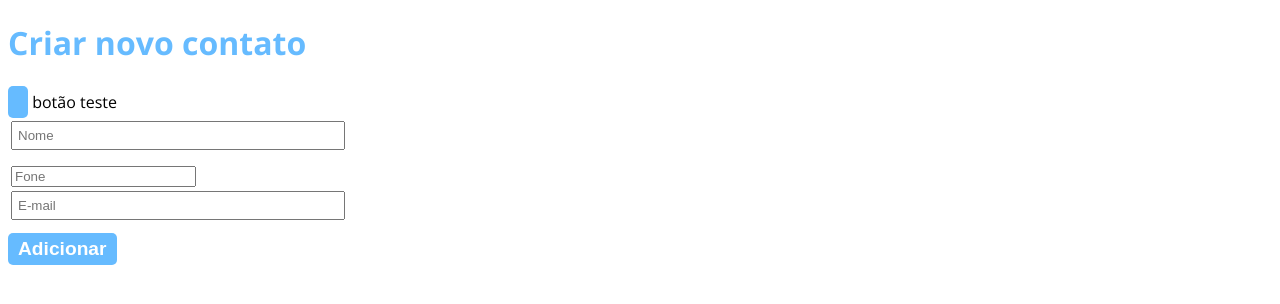
Repository: evanalves/Agenda-JDBC
Page: agenda/src/main/webapp/novo.html
The author's editor kept a copy of each file at every save. The page is drawn from the files as they stood at one save, then again after the next save.
The browser window is 1280 px wide. The pictures show the whole page.

Above is the page before, as saved 2023-08-20 13:33:19.

After the next save:
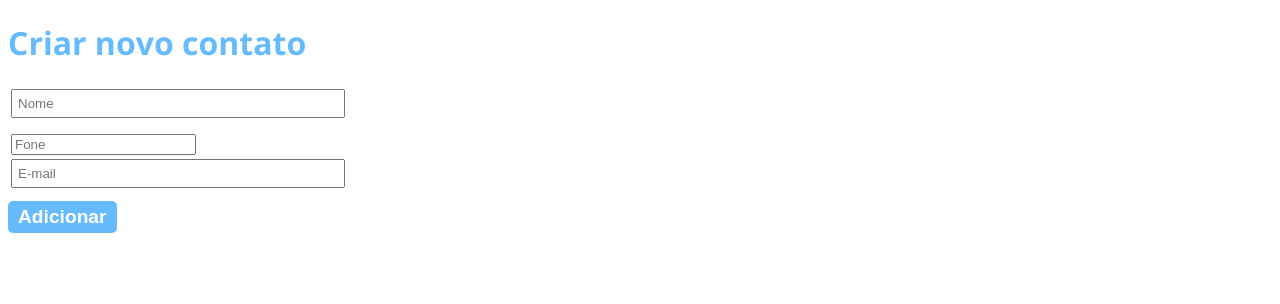
Saved 29 s later.
--- a/agenda/src/main/webapp/novo.html
+++ b/agenda/src/main/webapp/novo.html
@@ -23,7 +23,7 @@
 				<td><input type="text" name="email" placeholder="E-mail"
 					class="caixa1"></td>
 			</tr>
-			</tr> <input type="button" name="teste" class="botao1"> botão teste</tr>
+			</tr> </tr>
 		</table>
 		<input type="button" value="Adicionar" class="botao1">
 
